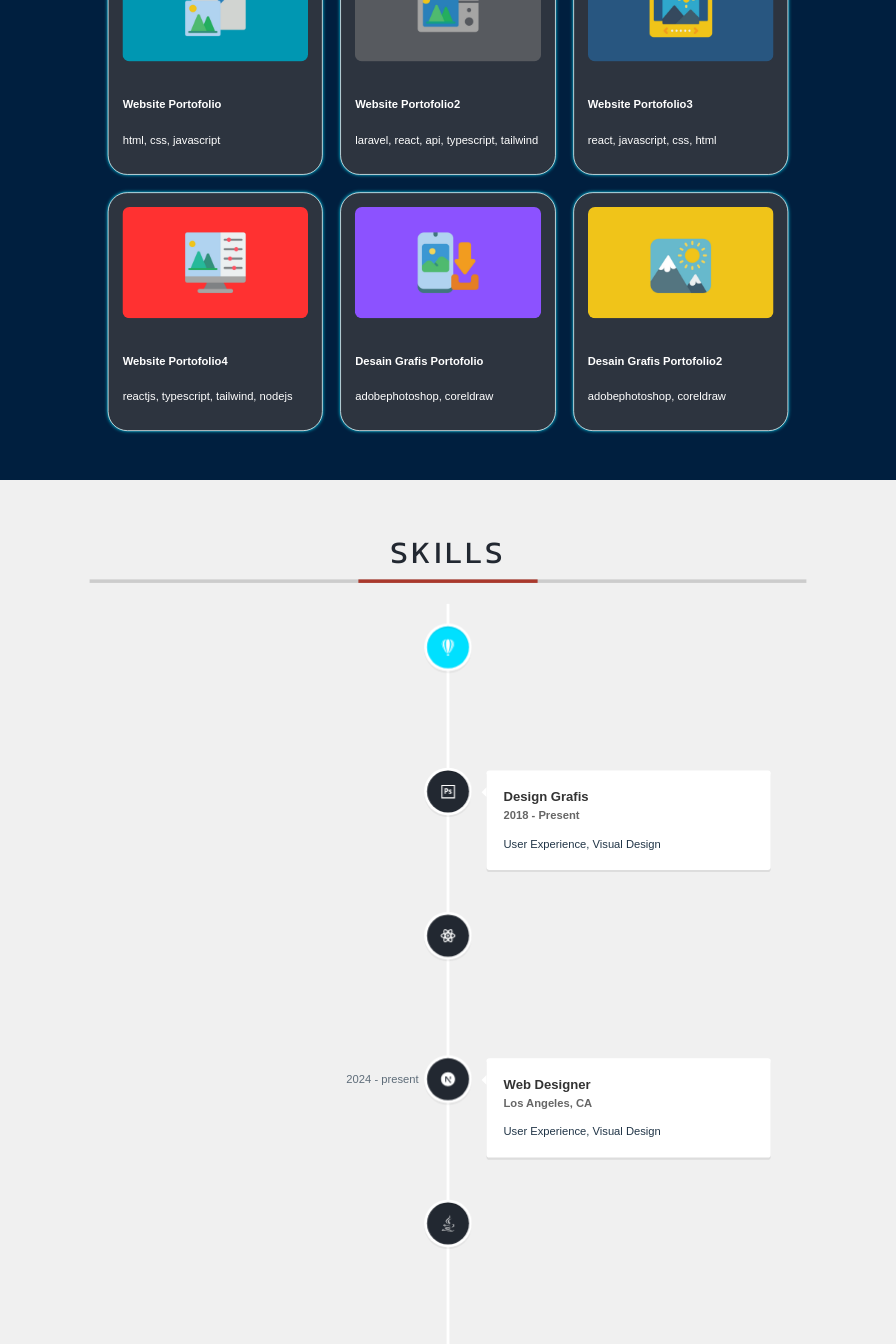
Repository: sellayspy/Portofolio
Page: /
An editor plug-in stored every save of this project. The page is shown before and after the next save, followed by the edit.
The browser window is 1280 px wide. The pictures show the part of the page from y = 2094 to 4014 px (the page is 5891 px tall), at 70% of full size.
The pointer rests on the first visible `.vertical-timeline-element`.
The project was rebuilt for these pictures with package versions that can differ from the ones it lists, and the page was loaded fresh each time. Also part of the build but not shown: vite.config.js, src/styles/DetailPortfolio.css, src/components/ScrollToTop.jsx, src/pages/DetailPortfolio.jsx, src/pages/PagesNotFound.jsx.

Above is the page before, as saved 2024-09-16 21:37:57.

After the next save:
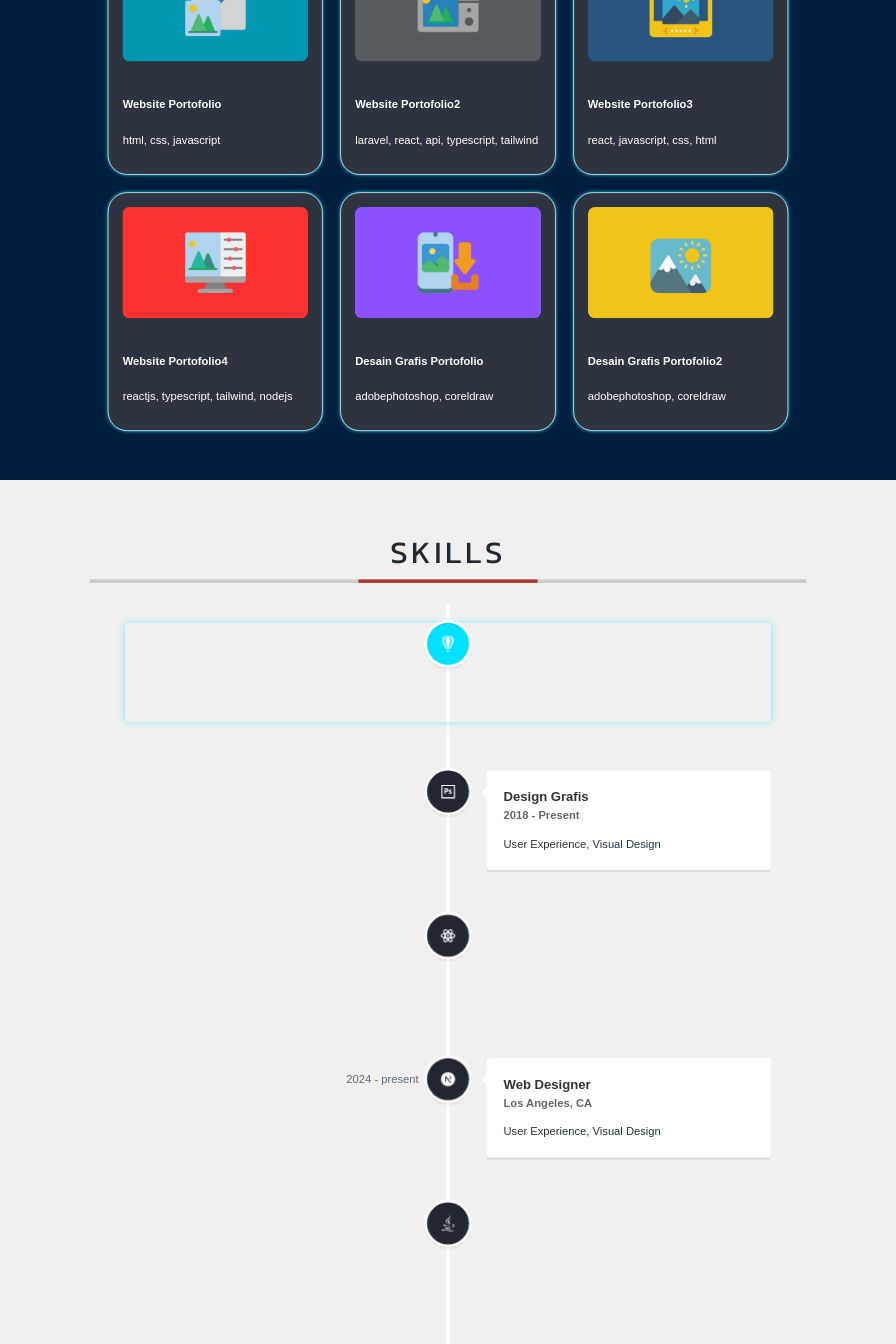
Saved 34 s later.
--- a/src/styles/Experience.css
+++ b/src/styles/Experience.css
@@ -9,3 +9,8 @@
 .vertical-timeline-element-subtitle {
   color: #666666; /* Abu-abu gelap untuk subtitle */
 }
+
+.vertical-timeline-element:hover {
+  box-shadow: 0 0 10px rgba(0, 224, 255, 0.5); /* Shadow cyan saat hover */
+  transform: translateY(-5px); /* Efek mengangkat */
+}
